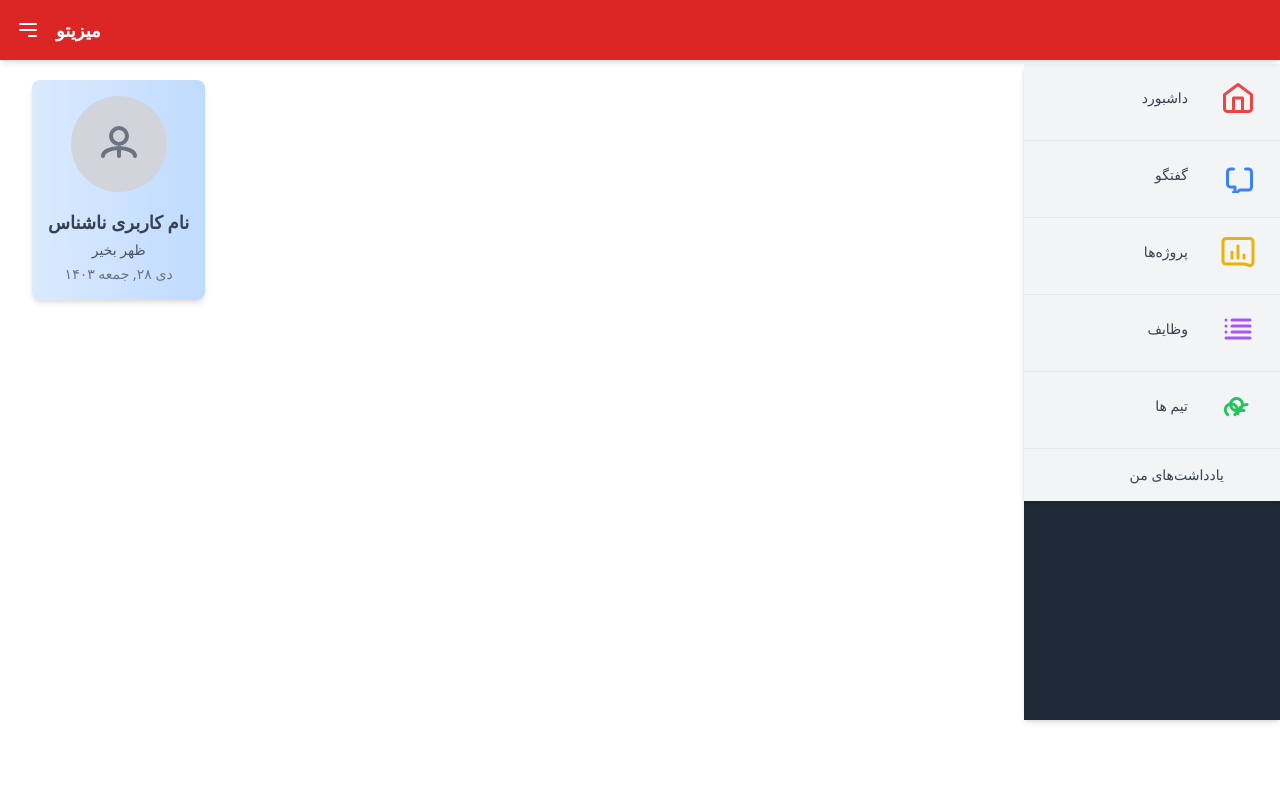
Repository: spnovaa/work-hive
Page: / (app in front_end/)
These files come from the project's save history. The page is drawn as it stood at one moment and after a run of saves; the edit follows.
The browser window is 1280 px wide. The pictures show the whole page.
The page's requests for data from a server got no answer. The project was rebuilt for these pictures with package versions that can differ from the ones it lists, and the page was loaded fresh each time. No one was signed in, and anything a server would have sent is missing. Also part of the build but not shown: front_end/src/api/auth.js, front_end/src/components/loadingSpinner.jsx, front_end/src/pages/login.jsx, front_end/src/pages/registration.jsx, front_end/src/common/axiosInstance.js, front_end/src/components/profile/profileSettingsModal.jsx, front_end/src/components/profile/dropdown.jsx, front_end/src/components/project/projectCardComponent.jsx and 10 more.

Above is the page before, as saved 2025-01-18 14:34:12.

### front_end/src/index.js
import React from 'react';
import ReactDOM from 'react-dom/client'; // Import from 'react-dom/client' for React 18+
import './styles/globals.css';
import App from './App';

// Create a root element for rendering the React application
const root = ReactDOM.createRoot(document.getElementById('root'));

// Use the new `render` method for React 18+
root.render(
  <React.StrictMode>
    <App />
  </React.StrictMode>
);

### front_end/src/App.jsx
import React, { useState } from 'react';
import { BrowserRouter as Router, Routes, Route } from 'react-router-dom';
import Login from './pages/login';
import Registration from './pages/registration';
import Home from './pages/home';
import ProjectsDashboard from './components/project/projectDashboard.jsx';
import ProjectDetails from './components/project/projectDetails.jsx';
import NewProject from './components/project/newProject.jsx';
import DashboardSidebar from './components/dashboardSidebar';
import TaskPage from './components/task/taskPage.jsx';
import TeamList from './components/team/teamList.jsx';
import TopBar from './components/topBar.jsx';

function App() {
  const [sidebarVisible, setSidebarVisible] = useState(true);

  const toggleSidebar = () => {
    setSidebarVisible((prev) => !prev);
  };

  return (
    <Router>
      <div className="flex flex-col h-screen">
        <div className="w-full bg-red-600 shadow-md fixed top-0 z-20">
          <TopBar toggleSidebar={toggleSidebar} />
        </div>

        <div className="flex flex-grow">
          {sidebarVisible && (
            <div className="w-64 bg-gray-800 fixed top-16 bottom-0 right-0 z-10 shadow-md">
              <DashboardSidebar />
            </div>
          )}
          <div
            className={`flex-grow ${
              sidebarVisible ? 'pr-64' : ''
            } pt-16 p-4 transition-all duration-300`}
          >
            <Routes>
              <Route path="/login" element={<Login />} />
              <Route path="/register" element={<Registration />} />
              <Route path="/" element={<Home />} />
              <Route path="/projects" element={<ProjectsDashboard />} />
              <Route path="/projects/new" element={<NewProject />} />
              <Route path="/projects/:projectId" element={<ProjectDetails />} />
              <Route path="/tasks" element={<TaskPage />} />
              <Route path="/teams" element={<TeamList />} />
            </Routes>
          </div>
        </div>
      </div>
    </Router>
  );
}

export default App;

### front_end/src/pages/home.jsx
import React, { useState } from 'react';
import ProfileSection from '../components/profile/profileSection';
import { useLocation } from 'react-router-dom';
import DashboardSidebar from '../components/dashboardSidebar';
import  ProfileSettingsModal  from '../components/profile/profileSettingsModal.jsx'
function Home() {
  const [isModalOpen, setIsModalOpen] = useState(false);

    const openModal = () => {
        setIsModalOpen(true);
    };

    const closeModal = () => {
        setIsModalOpen(false);
    };
  const location = useLocation();
  const name = location.state?.name || "نام کاربری ناشناس";
  const [background, setBackground] = useState('bg-white');
  const handleBackgroundChange = (bg) => {
    setBackground(bg);
  };
  const getCurrentDate = () => {
    const options = { weekday: 'long', year: 'numeric', month: 'long', day: 'numeric' };
    return new Date().toLocaleDateString('fa-IR', options);
  };
  return (
    <div className={`h-screen ${background} `}>
      <div className="absolute top-20 left-8">
        <ProfileSection
          name={name}
          greeting="ظهر بخیر"
          date={getCurrentDate()}
          onBackgroundChange={handleBackgroundChange}
          onSettingsClick={openModal}
        />
      </div>
      <ProfileSettingsModal show={isModalOpen} onClose={closeModal} />
    </div>
  );
}

export default Home;

### front_end/src/components/dashboardSidebar.jsx
import React from 'react';
import { useNavigate } from 'react-router-dom';

function SidebarItem({ icon, label, onClick }) {
    return (
        <div
            className="className=flex items-center justify-start flex-row-reverse p-4 cursor-pointer hover:bg-gray-100"
            onClick={onClick}
        >
            <div className="flex items-center">
                <span className="text-lg text-gray-700 mr-2">{icon}</span>
                <span className="text-gray-700 text-sm font-medium mr-8">{label}</span>
            </div>

        </div>
    );
}

function DashboardSidebar() {
    const navigate = useNavigate();

    const handleNavigation = (path) => {
        navigate(path);
    };

    return (
        <div className="w-64 bg-gray-100 text-white shadow-md p-0 " dir="rtl" >
            <SidebarItem
                icon={
                    <svg
                        xmlns="http://www.w3.org/2000/svg"
                        className="h-9 w-9 text-red-500"
                        fill="none"
                        viewBox="0 0 24 24"
                        stroke="currentColor"
                    >
                        <path
                            strokeLinecap="round"
                            strokeLinejoin="round"
                            strokeWidth="2"
                            d="M3 9.75L12 3l9 6.75v9.75A2.25 2.25 0 0118.75 21H5.25A2.25 2.25 0 013 19.5V9.75z"
                        />
                        <path
                            strokeLinecap="round"
                            strokeLinejoin="round"
                            strokeWidth="2"
                            d="M9 21V12h6v9"
                        />
                    </svg>
                }
                label="داشبورد"
                onClick={() => handleNavigation('/')}
            />
            <hr className="w-full border-gray-200 mt-2" />
            <SidebarItem
               icon={
                <svg
                  xmlns="http://www.w3.org/2000/svg"
                  className="h-9 w-9 text-blue-500"
                  fill="none"
                  viewBox="0 0 24 24"
                  stroke="currentColor"
                >
                  <path
                    strokeLinecap="round"
                    strokeLinejoin="round"
                    strokeWidth="2"
                    d="M17 8h2a2 2 0 012 2v10a2 2 0 01-2 2h-5.586a1 1 0 00-.707.293l-2.707 2.707A1 1 0 0110 23V20H7a2 2 0 01-2-2V10a2 2 0 012-2h2"
                  />
                </svg>
              }
                label="گفتگو"
                onClick={() => handleNavigation('/conversations')}
            />
              <hr className="w-full border-gray-200 mt-2" />
            <SidebarItem
                icon={
                    <svg
                      xmlns="http://www.w3.org/2000/svg"
                      className="h-9 w-9 text-yellow-500"
                      fill="none"
                      viewBox="0 0 24 24"
                      stroke="currentColor"
                    >
                      <path
                        strokeLinecap="round"
                        strokeLinejoin="round"
                        strokeWidth="2"
                        d="M8 16v-4m4 4V8m4 8v-2m0 6H4a2 2 0 01-2-2V5a2 2 0 012-2h16a2 2 0 012 2v14a2 2 0 01-2 2z"
                      />
                    </svg>
                  }
                label="پروژه‌ها"
                onClick={() => handleNavigation('/projects')}
            />
              <hr className="w-full border-gray-200 mt-2" />
            <SidebarItem
               icon={
                <svg
                  xmlns="http://www.w3.org/2000/svg"
                  className="h-9 w-9 text-purple-500"
                  fill="none"
                  viewBox="0 0 24 24"
                  stroke="currentColor"
                >
                  <path
                    strokeLinecap="round"
                    strokeLinejoin="round"
                    strokeWidth="2"
                    d="M8 6h12M8 10h12m-12 4h12M4 6h.01M4 10h.01M4 14h.01M4 18h16"
                  />
                </svg>
              }
                label="وظایف"
                onClick={() => handleNavigation('/tasks')}
            />
              <hr className="w-full border-gray-200 mt-2" />
            <SidebarItem
           icon={
            <svg
              xmlns="http://www.w3.org/2000/svg"
              className="h-9 w-9 text-green-500"
              fill="none"
              viewBox="0 0 24 24"
              stroke="currentColor"
            >
              <path
                strokeLinecap="round"
                strokeLinejoin="round"
                strokeWidth="2"
                d="M5.121 17.804A4 4 0 119.88 17.804M15 11a4 4 0 11-8 0 4 4 0 018 0zm-5 4h6M12 17a6 6 0 016-6"
              />
            </svg>
          }
                label="تیم ها"
                onClick={() => handleNavigation('/teams')}
            />
              <hr className="w-full border-gray-200 mt-2" />
            <SidebarItem
                icon={<i className="fas fa-sticky-note" />}
                label="یادداشت‌های من"
                onClick={() => handleNavigation('/notes')}
            />
        </div>
    );
}

export default DashboardSidebar;

### front_end/src/components/topBar.jsx
import React from 'react';

function TopBar({ toggleSidebar }) {
  return (
    <div className="flex items-center justify-between p-4">
      <div className="flex items-center">
        <button
          onClick={toggleSidebar}
          className="mr-4 cursor-pointer text-white"
        >
          <svg
            xmlns="http://www.w3.org/2000/svg"
            className="h-6 w-6"
            fill="none"
            viewBox="0 0 24 24"
            stroke="currentColor"
          >
            <path
              strokeLinecap="round"
              strokeLinejoin="round"
              strokeWidth="2"
              d="M4 6h16M4 12h16m-7 6h7"
            />
          </svg>
        </button>
        <div className="text-white text-lg font-bold">میزیتو</div>
      </div>
    </div>
  );
}

export default TopBar;

### front_end/src/components/profile/profileSection.jsx
import React, { useState, useEffect, useRef } from 'react';
import ProfileDropdown from './dropdown.jsx';

const ProfileSection = ({ name, greeting, date, onBackgroundChange ,onSettingsClick}) => {
  const [isDropdownOpen, setIsDropdownOpen] = useState(false);
  const dropdownRef = useRef(null);

  const toggleDropdown = () => {
    setIsDropdownOpen((prev) => !prev);
  };

  useEffect(() => {
    const handleClickOutside = (event) => {
      if (dropdownRef.current && !dropdownRef.current.contains(event.target)) {
        setIsDropdownOpen(false);
      }
    };

    document.addEventListener('mousedown', handleClickOutside);
    return () => {
      document.removeEventListener('mousedown', handleClickOutside);
    };
  }, []);

  return (
    <div className="relative">
  <div
    className={`relative z-0 p-4 bg-gradient-to-r from-blue-100 to-blue-200 rounded-lg shadow-md max-w-xs cursor-pointer ${
      isDropdownOpen ? 'hidden' : ''
    }`}
    onClick={toggleDropdown}
  >
    <div className="flex flex-col items-center top-20">
      <div className="bg-gray-300 w-24 h-24 rounded-full flex items-center justify-center mb-4">
        <svg
          xmlns="http://www.w3.org/2000/svg"
          className="h-12 w-12 text-gray-500"
          fill="none"
          viewBox="0 0 24 24"
          stroke="currentColor"
        >
          <path
            strokeLinecap="round"
            strokeLinejoin="round"
            strokeWidth="2"
            d="M12 12c2.21 0 4-1.79 4-4s-1.79-4-4-4-4 1.79-4 4 1.79 4 4 4zM12 14c-4.418 0-8 1.79-8 4m8-4c4.418 0 8 1.79 8 4m-8-4v4"
          />
        </svg>
      </div>
      <h2 className="text-lg font-semibold text-gray-700">{name}</h2>
      <p className="text-sm text-gray-600 mt-1">{greeting}</p>
      <p className="text-sm text-gray-500 mt-1">{date}</p>
    </div>
  </div>

  {isDropdownOpen && (
    <div
      ref={dropdownRef}
      className="absolute top-0 left-0  bg-white rounded-lg shadow-lg p-4 w-full"
    >
      <ProfileDropdown onBackgroundChange={onBackgroundChange} onSettingsClick={onSettingsClick} />
    </div>
  )}
</div>

  );
};

export default ProfileSection;

Loaded but not shown: front_end/public/index.html (common file); front_end/src/styles/globals.css (common file); front_end/tailwind.config.js (common file)

After the next 2 saves:
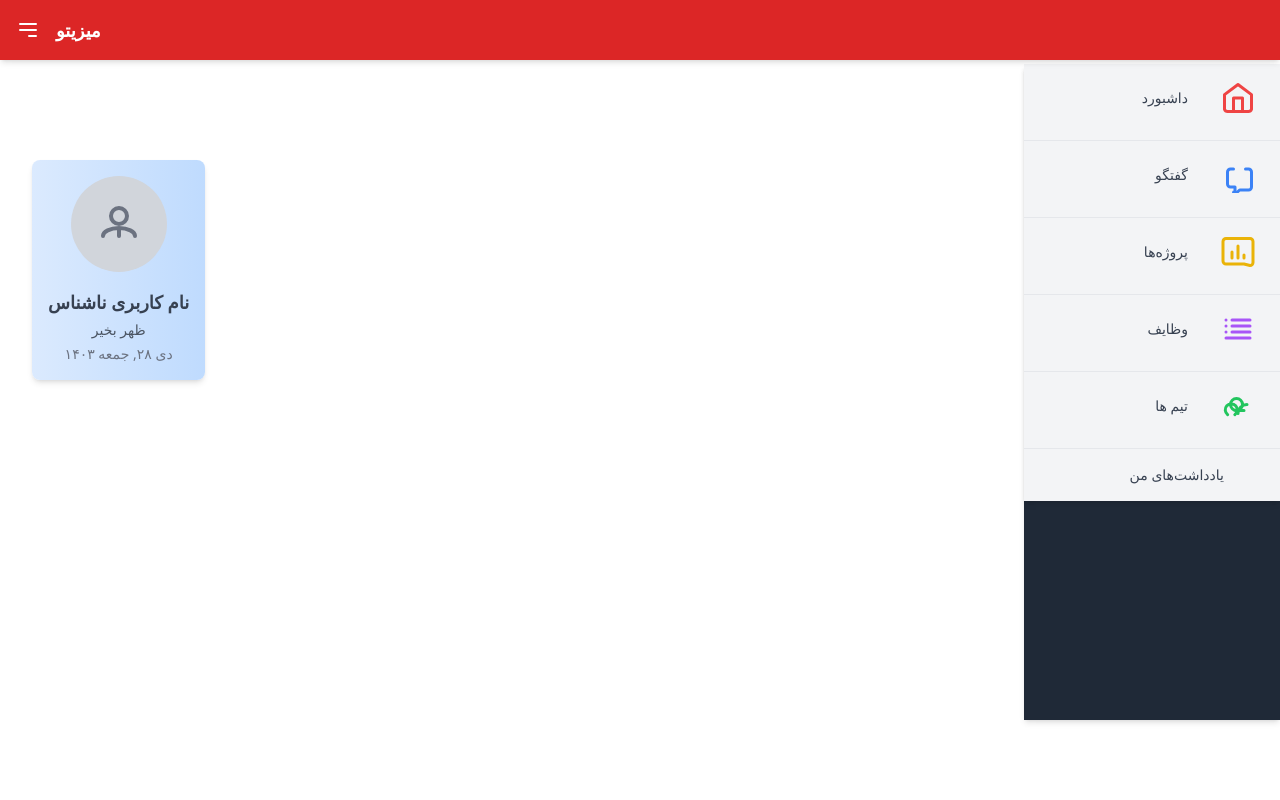
The 2 saves are shown as one change because 1 did not build or start.
The last was saved 45 s later.
--- a/front_end/src/components/profile/profileSection.jsx
+++ b/front_end/src/components/profile/profileSection.jsx
@@ -23,14 +23,14 @@ const ProfileSection = ({ name, greeting, date, onBackgroundChange ,onSettingsCl
   }, []);
 
   return (
-    <div className="relative">
+    <div className="relative top-20">
   <div
     className={`relative z-0 p-4 bg-gradient-to-r from-blue-100 to-blue-200 rounded-lg shadow-md max-w-xs cursor-pointer ${
       isDropdownOpen ? 'hidden' : ''
     }`}
     onClick={toggleDropdown}
   >
-    <div className="flex flex-col items-center top-20">
+    <div className="flex flex-col items-center ">
       <div className="bg-gray-300 w-24 h-24 rounded-full flex items-center justify-center mb-4">
         <svg
           xmlns="http://www.w3.org/2000/svg"
